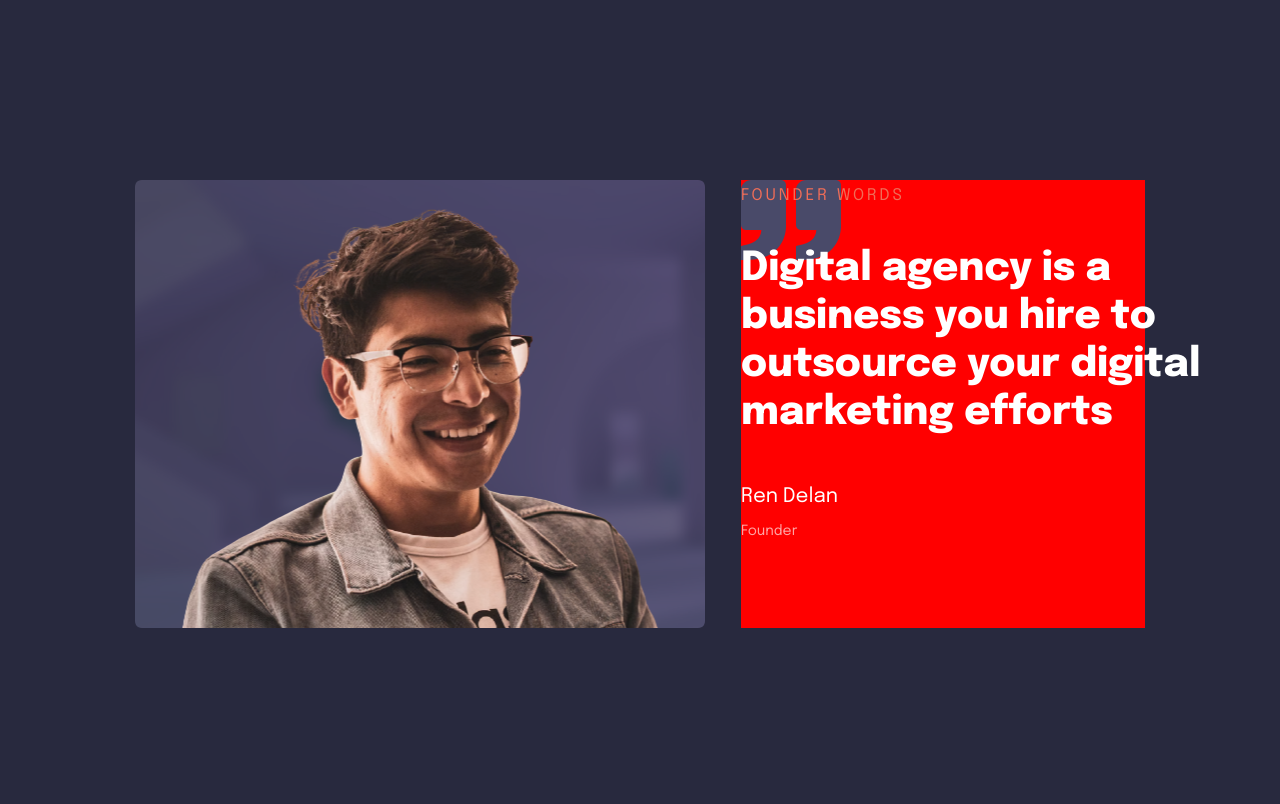
Repository: NatiqSamiyev/image-task
Page: founderWords/index.html
These files come from the project's save history. The page is drawn as it stood at one moment and after a run of saves; the edit follows.
The browser window is 1280 px wide. The pictures show the whole page.

Above is the page before, as saved 2023-09-02 15:44:39.

After the next 2 saves:
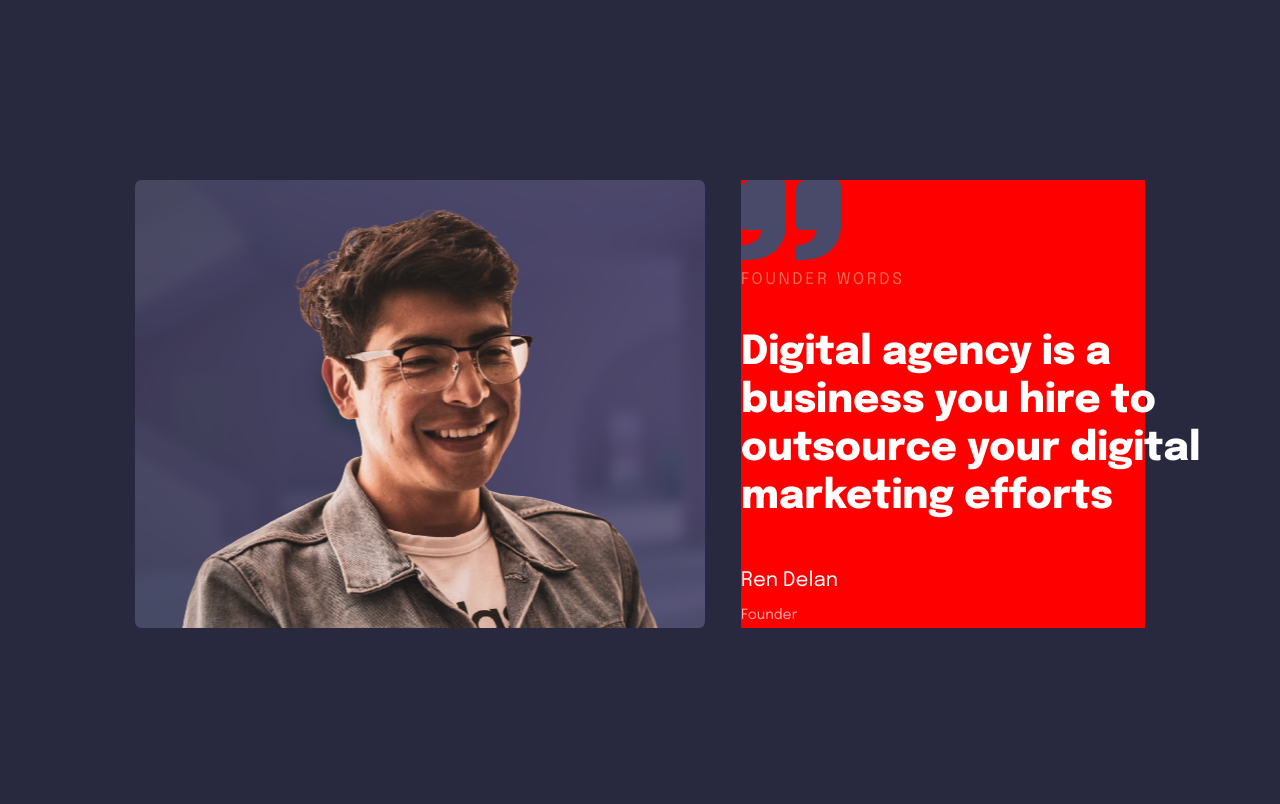
The 2 saves are shown as one change because they came seconds apart.
The last was saved 66 s later.
--- a/founderWords/index.html
+++ b/founderWords/index.html
@@ -17,9 +17,9 @@
 
       <div class="right-container">
 
-        <div class="box-1">
+
           <img src="../image/Shape (1).svg" alt="" />
-        </div>
+
 
         <div class="box-2">
           <h1>Founder Words</h1>
